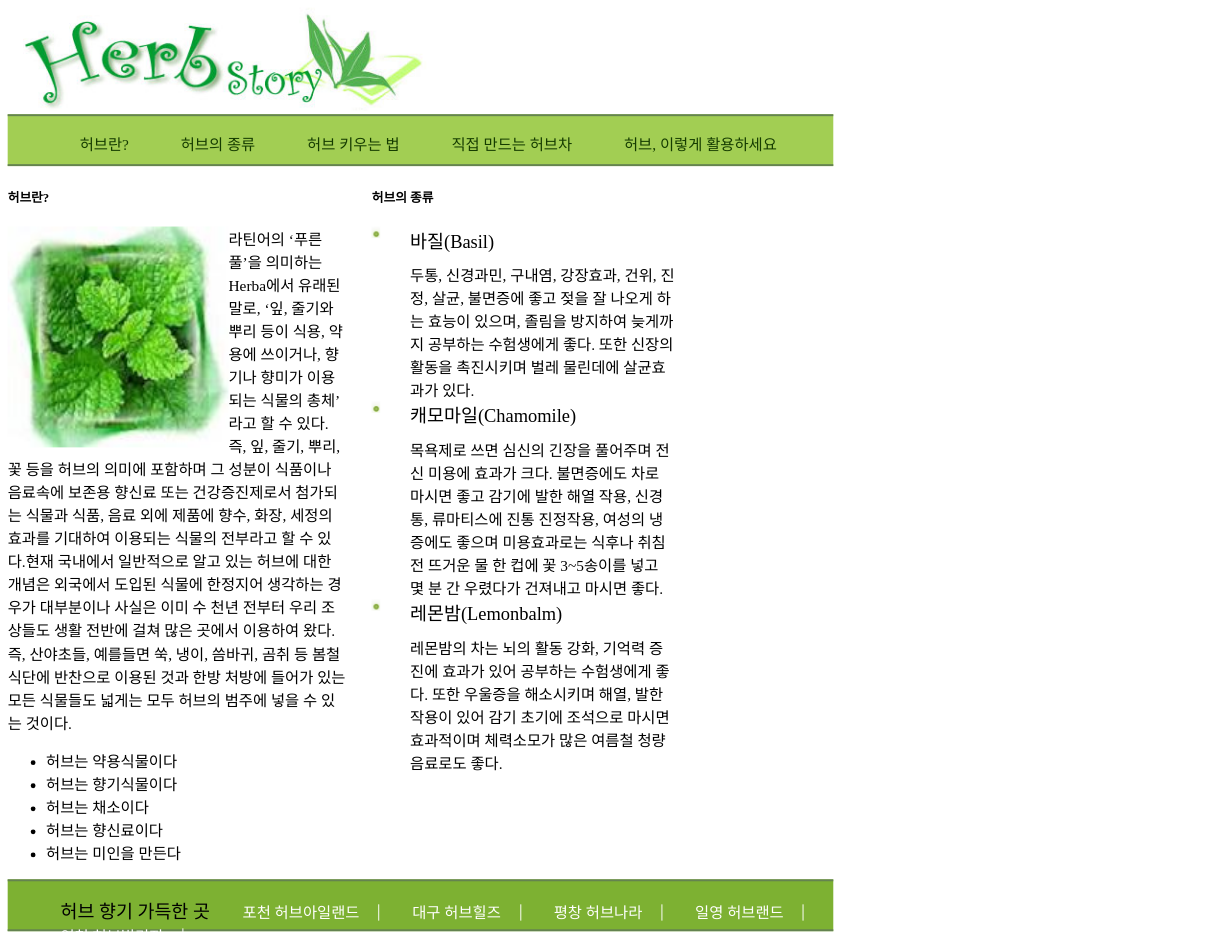
Repository: gus-123/Edu_KCC_HTML
Page: CSS/WebContent/layout.htm
The author's editor kept a copy of each file at every save. The page is drawn from the files as they stood at one save, then again after the next save.
The browser window is 1280 px wide. The pictures show the whole page, at 96% of full size.

Above is the page before, as saved 2024-07-09 08:46:26.

After the next save:
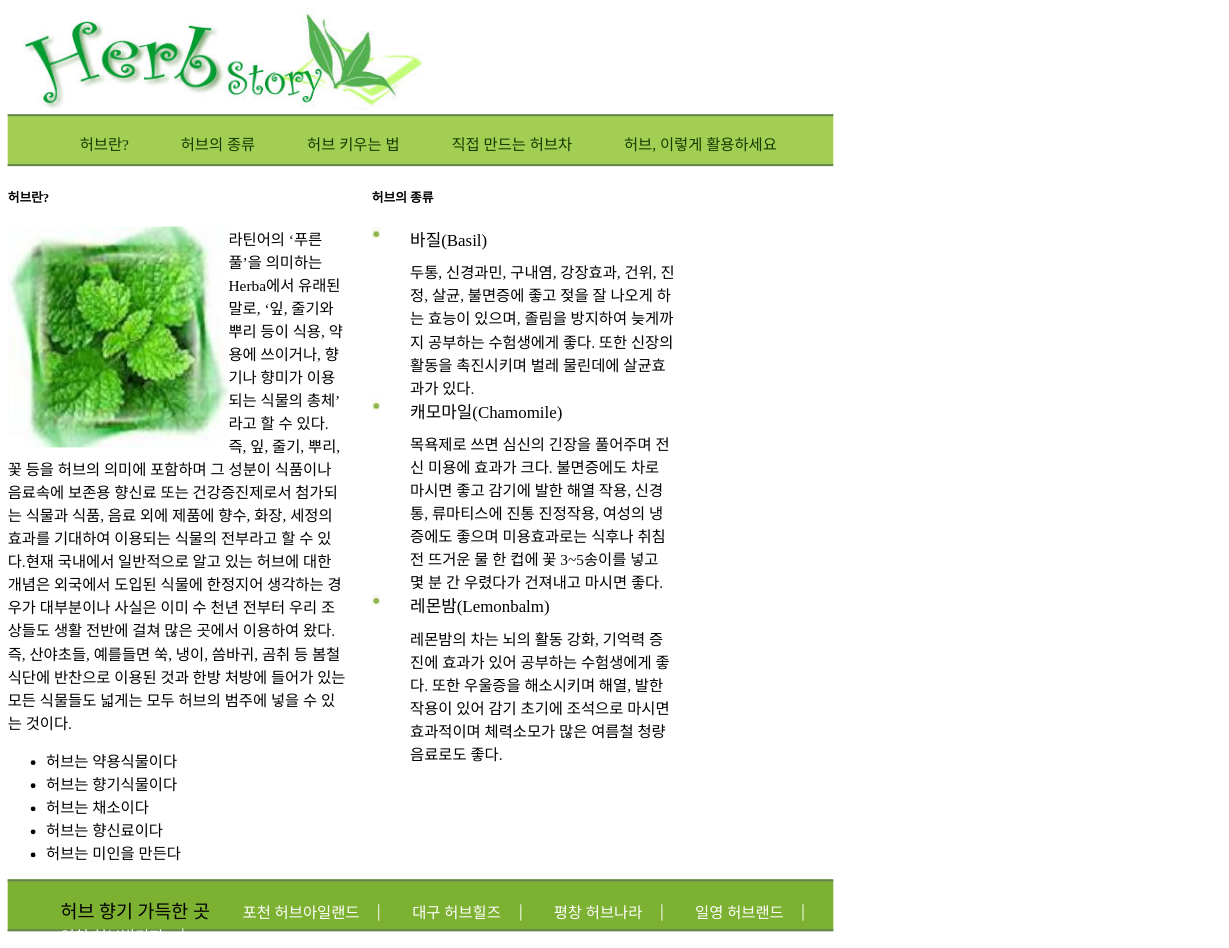
Saved 16 s later.
--- a/CSS/WebContent/layout.htm
+++ b/CSS/WebContent/layout.htm
@@ -54,7 +54,7 @@
 
 #content2 dt {
 	font: bold black;
-	font-size: 120%;
+	font-size: 110%;
 	background: url("images/li.gif") no-repeat 0 0;
 	padding-left: 40px;
 	padding-bottom: 10px;
